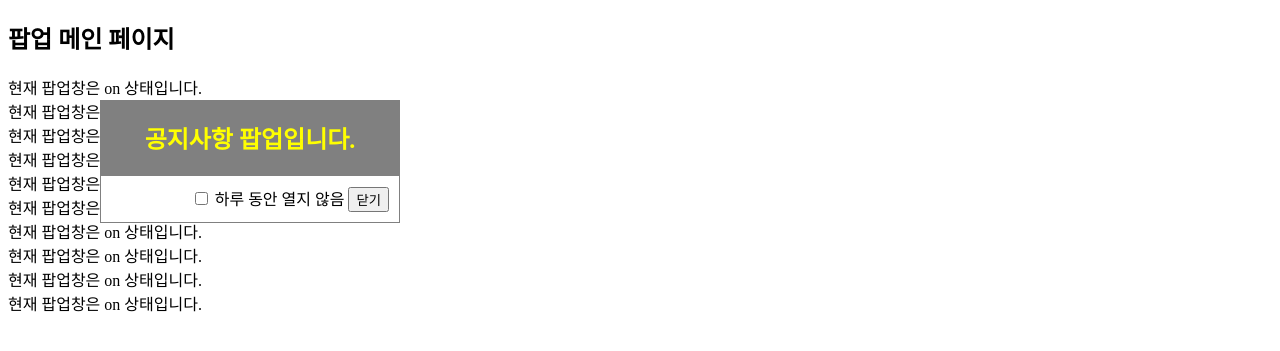
Repository: ljw971125/JSP_Study
Page: http://localhost/Final_Project/04Cookie/PopupMain.jsp
The author's editor kept a copy of each file at every save. The page is drawn from the files as they stood at one save, then again after the next save.
The browser window is 1280 px wide. The pictures show the whole page.
The page is served by Tomcat 9. Other server files are loaded and not shown.

Above is the page before, as saved 2023-04-21 02:10:31.

### WEB_STUDY/Final_Project/WebContent/04Cookie/PopupMain.jsp
<%@ page language="java" contentType="text/html; charset=UTF-8"
    pageEncoding="UTF-8"%>
<%
String popupMode = "on";

Cookie[] cookies = request.getCookies();
if (cookies != null) {
    for (Cookie c : cookies) {
        String cookieName = c.getName();
        String cookieValue = c.getValue();
        if (cookieName.equals("PopupClose")) {
            popupMode = cookieValue;
        }
    }
}
%>
<!DOCTYPE html>
<html>
<head>
<meta charset="UTF-8">
<title>쿠키를 이용한 팝업 관리</title>
<style>
    div#popup{
        position: absolute; top:100px; left:100px; color:yellow;
        width:300px; height:100px; background-color:gray;
    }
    div#popup>div{
        position: relative; background-color:#ffffff; top:0px;
        border:1px solid gray; padding:10px; color:black;
    }
</style>

<script src="https://ajax.googleapis.com/ajax/libs/jquery/3.5.1/jquery.min.js"></script>
<script>
$(function() {
    $('#closeBtn').click(function() {
        $('#popup').hide();
        var chkVal = $("input:checkbox[id=inactiveToday]:checked").val();
        $.ajax({
            url : './PopupCookie.jsp',
            type : 'get',
            data : {inactiveToday : chkVal},
            dataType : "text",
            success : function(resData) {
                if (resData != '') location.reload();
            }
        });
    });
});
</script>
</head>
<body>
<h2>팝업 메인 페이지</h2>
<%
    for (int i = 1; i <= 10; i++) {
        out.print("현재 팝업창은 " + popupMode + " 상태입니다.<br/>");
    }
    if (popupMode.equals("on")) {
%>
    <div id="popup">
        <h2 align="center">공지사항 팝업입니다.</h2>
        <div align="right"><form name="popFrm">
            <input type="checkbox" id="inactiveToday" value="1" />
            하루 동안 열지 않음
            <input type="button" value="닫기" id="closeBtn" />
        </form></div>
    </div>
<%
    }
%>
</body>
</html>

After the next save:
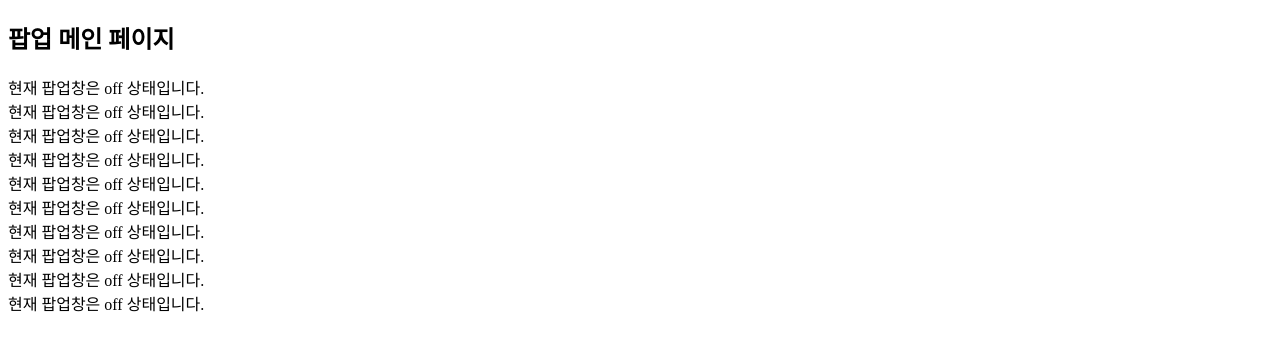
Saved 8 min 34 s later.
--- a/WEB_STUDY/Final_Project/WebContent/04Cookie/PopupMain.jsp
+++ b/WEB_STUDY/Final_Project/WebContent/04Cookie/PopupMain.jsp
@@ -1,7 +1,7 @@
 <%@ page language="java" contentType="text/html; charset=UTF-8"
     pageEncoding="UTF-8"%>
 <%
-String popupMode = "on";
+String popupMode = "off";
 
 Cookie[] cookies = request.getCookies();
 if (cookies != null) {
